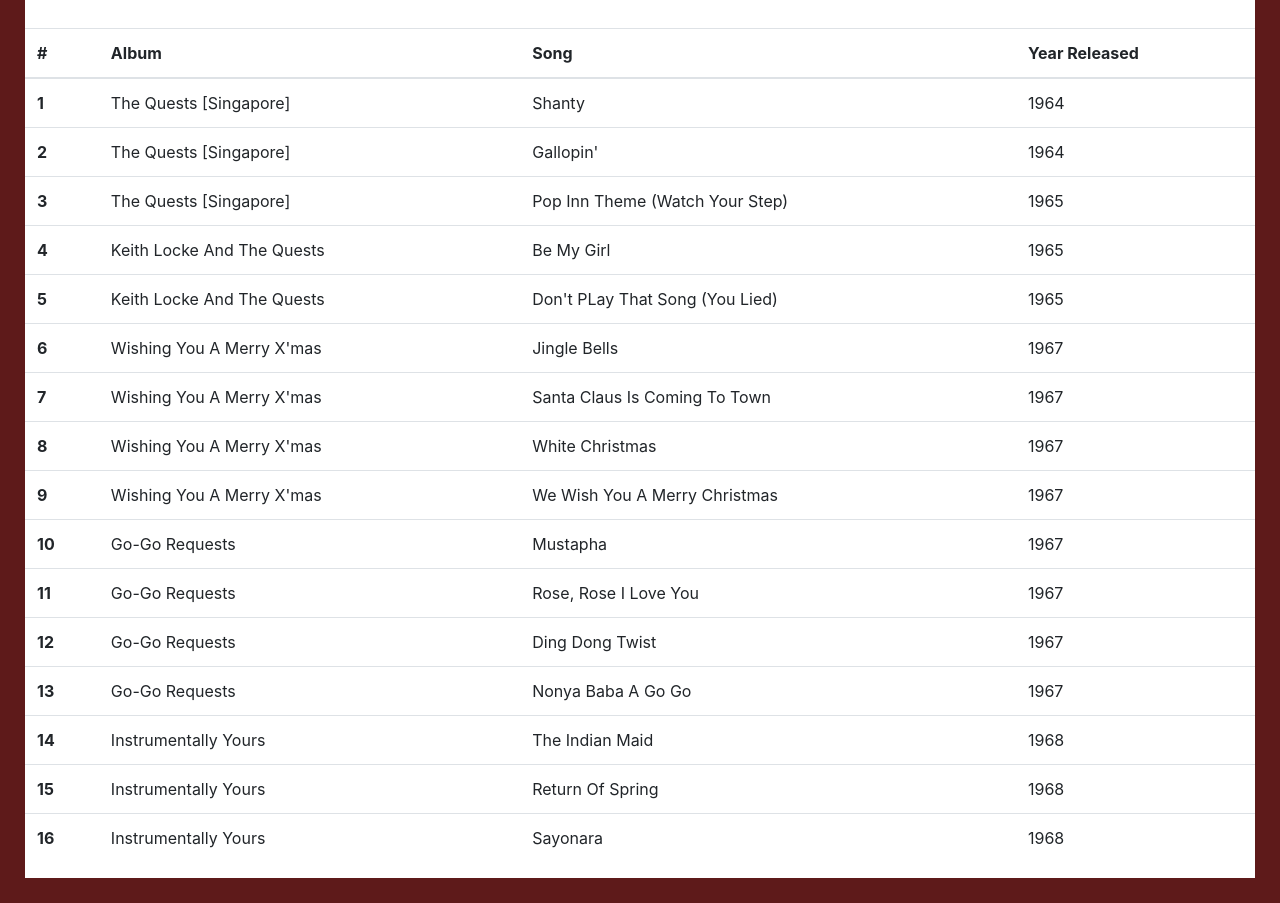
Repository: SamLookingGlass/User-Centric-Frontend-Development-Project
Page: music.html
The author's editor kept a record of every edit. The page is drawn from the files as they stood at one moment, then again after the next edit.
The browser window is 1280 px wide. The pictures show the part of the page from y = 634 to 1586 px (the page is 1537 px tall before and 1586 px after).
Some web libraries are served in a nearby version.

Above is the page before.

After the next edit:
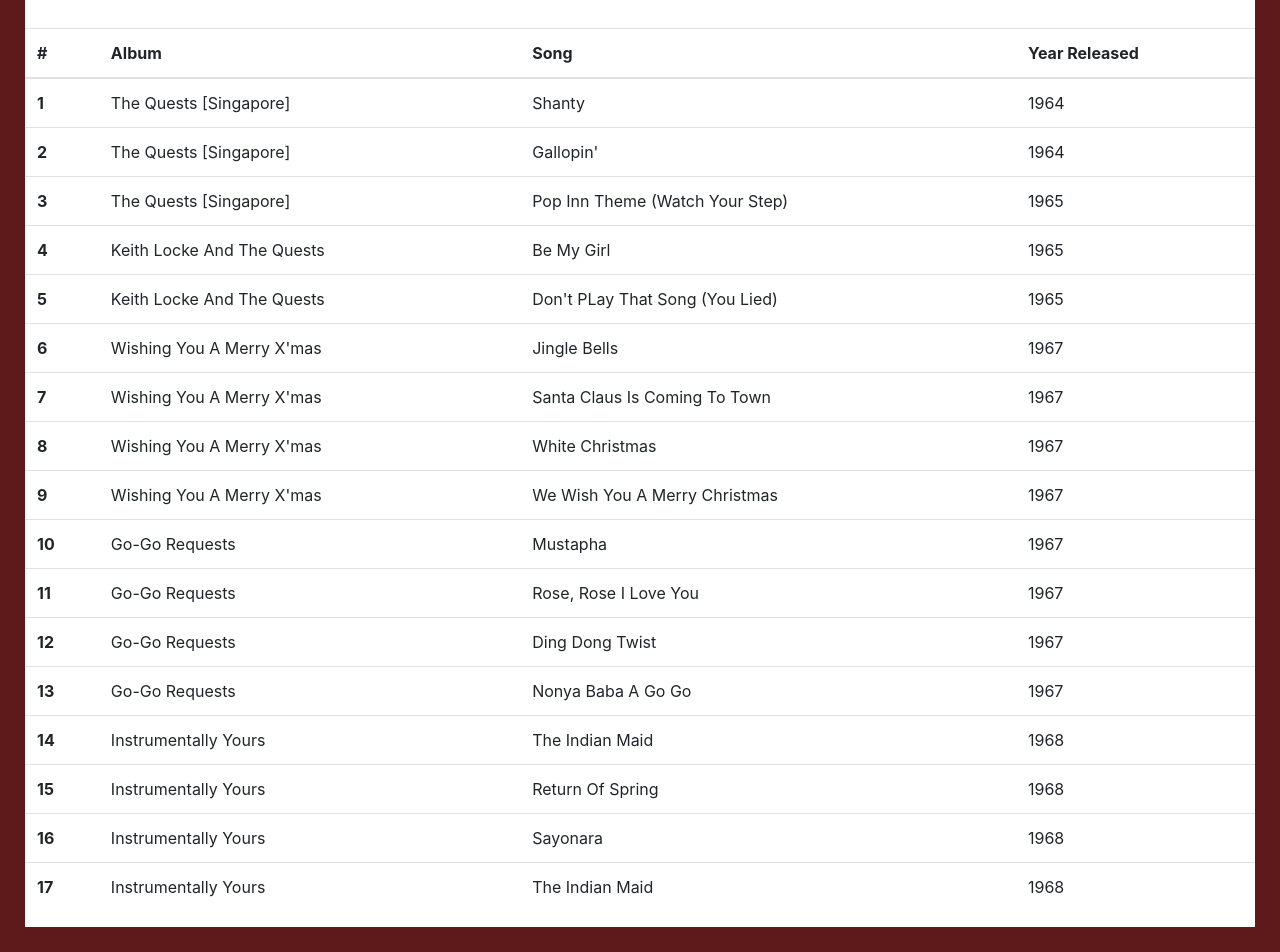
The edit:
--- a/music.html
+++ b/music.html
@@ -185,6 +185,12 @@
       <td>Sayonara</td>
       <td>1968</td>
     </tr>
+    <tr>
+      <th scope="row">17</th>
+      <td>Instrumentally Yours</td>
+      <td>The Indian Maid</td>
+      <td>1968</td>
+    </tr>
   </tbody>
 </table>
     </section>
